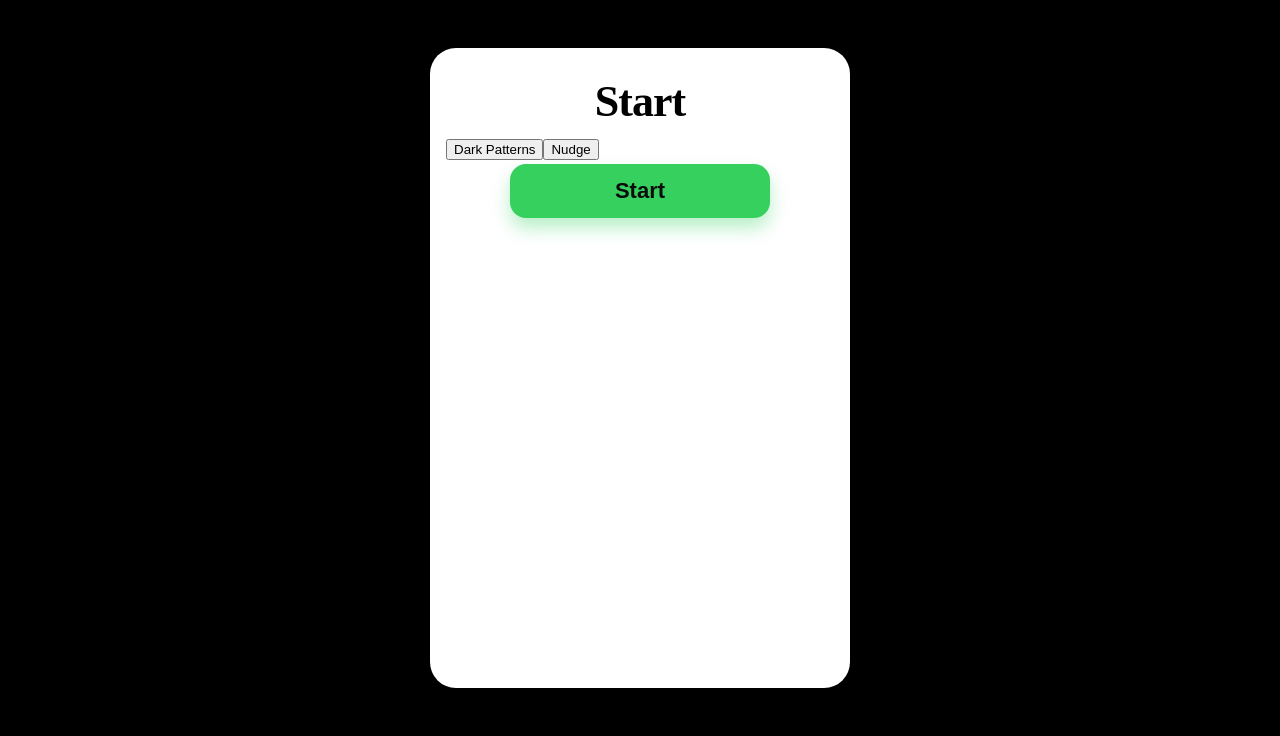
Repository: alexibri/ba_decision_study
Page: /
The author's editor kept a copy of each file at every save. The page is drawn from the files as they stood at one save, then again after the next save.
The browser window is 1280 px wide. The pictures show the whole page.
The page's requests for data from a server got no answer. The project was rebuilt for these pictures with package versions that can differ from the ones it lists, and the page was loaded fresh each time. No one was signed in, and anything a server would have sent is missing. Also part of the build but not shown: vite.config.js, src/scenarios/Scenario1/S1Dark1.jsx, src/scenarios/Scenario1/S1Nudge1.jsx, src/scenarios/Scenario1/S1Dark2.jsx, src/scenarios/Scenario1/S1Nudge2.jsx, src/scenarios/Scenario1/S1Transition.jsx, src/scenarios/Scenario2/S2Dark1.jsx, src/scenarios/Scenario2/S2Nudge1.jsx and 7 more.

Above is the page before, as saved 2026-02-07 10:49:43.

### index.html
<!doctype html>
<html lang="en">
  <head>
    <meta charset="UTF-8" />
    <link rel="icon" type="image/svg+xml" href="/vite.svg" />
    <meta name="viewport" content="width=device-width, initial-scale=1.0" />
    <title>ba_decision_study</title>
  </head>
  <body>
    <div id="root"></div>
    <script type="module" src="/src/main.jsx"></script>
  </body>
</html>

### src/main.jsx
import { StrictMode } from 'react'
import { createRoot } from 'react-dom/client'
import App from './App.jsx'
import {BrowserRouter} from "react-router-dom"
import React from "react";
import ReactDOM from "react-dom/client"

createRoot(document.getElementById('root')).render(
  <StrictMode>
    <BrowserRouter>
      <App />
    </BrowserRouter>
  </StrictMode>,
)

### src/App.jsx
import supabase from './supabase-client'
import {Routes,Route, Navigate} from "react-router-dom"

import Start from './pages/Start'
import Scenario from './pages/Scenario'
import End from './pages/End'

function App() {
  return (
    <>
      <main className="main-content">
      <Routes>
        <Route path="/" element={<Start />}/>
        <Route path="/scenario/:sid/step/:stepid" element={<Scenario />}/>
        <Route path="/end" element={<End />}/>

        <Route path="*" element={<Navigate to="/" replace />} />
      </Routes>
      </main>
    </>
  )
}
export default App

### src/supabase-client.js
import {createClient} from '@supabase/supabase-js'

const supabaseUrl = import.meta.env.VITE_SUPABASE_URL
const supabaseKey = import.meta.env.VITE_SUPABASE_ANON_KEY

const supabase = createClient(supabaseUrl,supabaseKey);

export default supabase;

### src/pages/Start.jsx
import { useNavigate } from "react-router-dom";
import { setGroup } from "../lib/assignment";
import "../css/Start.css"
import { useState } from "react";

export default function Start () {
    const navigate = useNavigate();

    const createRun = async (designStrategy) => {
        const newRunData = {
            run_status:"started",
            design_strategy_id:designStrategy
        }
        const {data, error} = await supabase
        .from("run")
        .insert([newRunData])
        .select("run_id, run_token")
        .single();

        if(error) {
            console.log("Error adding run ", error);
            return null;
        }
        return data
    };

    const startDark = async () => {
        /*const run = await createRun(1);
        if (!run) return;

        localStorage.setItem("run_id",String(run.run_id))
        localStorage.setItem("run_token",run.run_token)*/

        setGroup("dark");
        navigate("/scenario/1/step/1")
    }

    const startNudge = async () => {
        /*const run = await createRun(2);
        if(!run) return

        localStorage.setItem("run_id",String(run.run_id))
        localStorage.setItem("run_token",run.run_token)*/

        setGroup("nudge");
        navigate("/scenario/1/step/1")
    }

    return(
        <div className="start fade-in">
            <div className="s1screen">
                <div className="s1card">
                    <h1>Start</h1>
            <div className="stack">
                <button className="button" onClick={startDark}>Dark Patterns</button>
                <button className="button" onClick={startNudge}>Nudge</button>

                <div className="s1buttonPopUp">
                    <button className="s1accept" onClick={() => navigate("/")}>
                        Start
                    </button>
                    </div>
            </div>
                </div>

            </div>
        </div>
    )
}

### src/lib/assignment.js
const KEY = "study_group"

export function setGroup(group) {
    localStorage.setItem(KEY,group)
}

export function getGroup(){
    return localStorage.getItem(KEY);
}

### src/css/Start.css
* { box-sizing: border-box; }

.s1screen{
  min-height: 100vh;
  background: #000;
  display: flex;
  justify-content: center;
  padding: 18px 14px;
}

.s1card{
  width: 100%;
  max-width: 420px;
  background: #fff;
  border-radius: 26px;
  padding: 18px 16px 16px;
  display: flex;
  flex-direction: column;
  gap: 12px;
}

.s1card h1{
  margin: 6px 0 4px;
  text-align: center;
  font-size: 44px;
  font-weight: 900;
  letter-spacing: -1px;
}

.innerCard{
  background: #efefef;
  border-radius: 28px;
  padding: 18px 18px 22px;
  display: flex;
  flex-direction: column;
  gap: 18px;
  min-height: 72vh;
}

.s1cardHeader{
  display: flex;
  align-items: center;
  gap: 14px;
  padding-top: 6px;
  font-weight: 800;
}


.s1cardHeader:first-child svg{
  background: #ddd;
  border-radius: 999px;
  padding: 10px;
  width: 56px;
  height: 56px;
}

.s1cardHeader h2{
  margin: 0;
  font-size: 20px;
  font-weight: 900;
  line-height: 1.1;
}

.s1cardHeader p{
  display: none;
}

.question{
    font-weight: 900;
    font-size: 25px;
}

.accountRow{
  display: flex;
  flex-direction: column;
  gap: 4px;
}

.accountRow .label{
  font-size: 20px;
  font-weight: 900;
}

.accountRow .value{
  font-size: 22px;
  font-weight: 900;
}

.infoBlock{
  display: flex;
  flex-direction: column;
  gap: 4px;
  font-weight: 900;
}

.infoBlock .label{
  font-size: 20px;
}

.infoBlock .value{
  font-size: 22px;
}

.s1button{
  margin-top: auto;
  display: flex;
  flex-direction:row;
  gap: 12px;
}

.s1buttonPopUp{
  display: flex;
  flex-direction:row;
  gap: 12px;
  padding: 1%;
  align-items: center;
  justify-content: center;
}

.s1button button{
  width: 100%;
  border: none;
  border-radius: 999px;
  padding: 14px 18px;
  font-size: 18px;
  font-weight: 900;
  cursor: pointer;
}

.btnSecondary{
  background: #6f6f6f;
  color: #fff;
}

.s1accept{
  background: #35d05e;
  color: #0b0b0b;
  box-shadow: 0 10px 18px rgba(53, 208, 94, 0.28);
}

.s1accept:active,
.btnSecondary:active{
  transform: translateY(1px);
}

.popUp{
    background: lightgray;
    flex: 1;
    border-radius: 26px;
    padding: 5%;

    display: flex;
    flex-direction: column;
    gap: 12px;

}

@media (min-width: 900px){
  .s1screen{ padding: 40px 16px; }
  .innerCard{ min-height: 640px; }
}

.fade-in{
  animation: fadeIn 440ms ease-out both;
}

@keyframes fadeIn{
  from{
    transform: translateY(1px);
  }
  to{
    transform: translateY(0);
  }
}

### src/css/scenario1.css
* { box-sizing: border-box; }

.s1screen{
  min-height: 100vh;
  outline: 10px solid black;
  background: #000000;

  display: flex;
  flex-direction: column;
  align-items: center;
}

.s1screen h1{
  margin: 10px 0 0;
}

.s1card{
  width: 100%;
  max-width: 420px;
  background: #fff;
  border-radius: 26px;
  padding: 18px 16px 16px;
  display: flex;
  flex-direction: column;
  gap: 12px;
}

.s1cardInner{
  width: 100%;
  background: #35d05e;
  display: flex;
}

.s1cardHeader{
  display: flex;
  justify-content: center;
  padding-bottom: 3%;
  padding-top: 5%;
  font-weight:bold;
}

.s1subtitle{
  margin: 0;
  font-size: 22px;
}
.s1transitionSubtitle{
  font-size: 40px;
}

.s1button{
  display: flex;
  justify-content: center;
}

.s1accept{
  width: 70%;
  max-width: 260px;
  padding: 14px 18px;
  border: none;
  border-radius: 16px;
  background: #35d05e;
  color: #0b0b0b;
  font-size: 22px;
  font-weight: 900;
  cursor: pointer;
  box-shadow: 0 10px 18px rgba(53, 208, 94, 0.35);
}

.s1accept:active{
  transform: translateY(1px);
}

.s1scroll{
  flex: 1;
  overflow: auto;
  font-size: 12px;
  line-height: 1.45;
  color: #2c2c2c;
  padding-right: 6px;
}

.s1scroll::-webkit-scrollbar{ width: 8px; }
.s1scroll::-webkit-scrollbar-thumb{ background:#cfcfcf; border-radius:999px; }
.s1scroll::-webkit-scrollbar-track{ background: transparent; }

.s1buttons{
  display: flex;
  justify-content: center;
  margin-top: 2px;
}

.s1termsAndConditions{
  align-self: flex-start;
  border: none;
  background: transparent;
  color: #4b4b4b;
  font-size: 12px;
  font-weight: 600;
  cursor: pointer;
  padding: 6px 8px;
  opacity: 0.85;
}

.s1termsAndConditions:hover{
  opacity: 1;
  text-decoration: underline;
}

.s1decline{
  align-self: flex-start;
  border: none;
  background: transparent;
  color: #4b4b4b;
  font-size: 9px;
  font-weight: 600;
  cursor: pointer;
  padding: 6px 8px;
  opacity: 0.85;
}

.s1accept:focus-visible,
.s1termsAndConditions:focus-visible,
.s1decline:focus-visible{
  outline: 3px solid rgba(0,0,0,0.35);
  outline-offset: 3px;
}

@media (min-width: 900px){
  .s1screen{
    padding: 40px 16px;
  }
  .s1card{
    min-height: 640px;
  }
}

.fade-in{
  animation: fadeIn 440ms ease-out both;
}

@keyframes fadeIn{
  from{
    transform: translateY(1px);
  }
  to{
    transform: translateY(0);
  }
}

### src/css/scenario2.css
* { box-sizing: border-box; }

.s2screen{
  min-height: 100vh;
  outline: 10px solid black;
  background: #000000;

  display: flex;
  flex-direction: column;
  align-items: center;
}

.s2card{
  width: 100%;
  max-width: 420px;
  background: #fff;
  border-radius: 26px;
  padding: 18px 16px 16px;
  display: flex;
  flex-direction: column;
  gap: 12px;
}

.s2card h1{
  margin: 6px 0 4px;
  text-align: center;
  font-size: 44px;
  font-weight: 900;
  letter-spacing: -1px;
}


.s2cardInner{
  width: 100%;
  background: #35d05e;
  display: flex;
}

.s2cardHeader{
  display: flex;
  justify-content: center;
  padding-bottom: 3%;
  padding-top: 5%;
  font-weight:bold;
}

.s2cardStack {
    display: flex;
    flex-direction: column;
    gap: 25px;
    padding: 10%;
    align-items: center;
}

.s2subtitle{
  margin: 0;
  font-size: 10px;
}
.s2transitionSubtitle{
  font-size: 40px;
}

.s2button{
  display: flex;
  justify-content: center;
  padding: 2%;
}

.s2accept{
  width: 70%;
  max-width: 260px;
  padding: 14px 18px;
  border: none;
  border-radius: 16px;
  background: #35d05e;
  color: #0b0b0b;
  font-size: 22px;
  font-weight: 900;
  cursor: pointer;
  box-shadow: 0 10px 18px rgba(53, 208, 94, 0.35);
}

.s2accept:active{
  transform: translateY(1px);
}

.s2scroll{
  flex: 1;
  overflow: auto;
  font-size: 12px;
  line-height: 1.45;
  color: #2c2c2c;
  padding-right: 6px;
}

.s2scroll::-webkit-scrollbar{ width: 8px; }
.s2scroll::-webkit-scrollbar-thumb{ background:#cfcfcf; border-radius:999px; }
.s2scroll::-webkit-scrollbar-track{ background: transparent; }

.s2buttons{
  display: flex;
  justify-content: center;
  margin-top: 2px;
}

.s2decline{
  align-self: flex-start;
  border: none;
  background: transparent;
  color: #4b4b4b;
  font-size: 9px;
  font-weight: 600;
  cursor: pointer;
  padding: 6px 8px;
  opacity: 0.85;
}

.s2accept:focus-visible,
.s2termsAndConditions:focus-visible,
.s2decline:focus-visible{
  outline: 3px solid rgba(0,0,0,0.35);
  outline-offset: 3px;
}

@media (min-width: 900px){
  .s2screen{
    padding: 40px 16px;
  }
  .s2card{
    min-height: 640px;
  }
}

.fade-in{
  animation: fadeIn 440ms ease-out both;
}

@keyframes fadeIn{
  from{
    transform: translateY(1px);
  }
  to{
    transform: translateY(0);
  }
}

### src/css/scenario3.css
* { box-sizing: border-box; }

.s3screen{
  outline: 10px solid black;
  min-height: 100vh;
  background: #000;
  display: flex;
  justify-content: center;
  padding: 18px 14px;
}

.s3card{
  width: 100%;
  max-width: 420px;
  background: #fff;
  border-radius: 26px;
  padding: 18px 16px 16px;
  display: flex;
  flex-direction: column;
  gap: 12px;
}

.s3card h1{
  margin: 6px 0 4px;
  text-align: center;
  font-size: 44px;
  font-weight: 900;
  letter-spacing: -1px;
}

.s3innerCard{
  background: #efefef;
  border-radius: 28px;
  padding: 18px 18px 22px;
  display: flex;
  flex-direction: column;
  gap: 18px;
  min-height: 72vh;
}

.s3cardHeader{
  display: flex;
  align-items: center;
  gap: 14px;
  padding-top: 6px;
  font-weight: 800;
}

.s3cardHeader:first-child svg{
  background: #ddd;
  border-radius: 999px;
  padding: 10px;
  width: 56px;
  height: 56px;
}

.s3cardHeader h2{
  margin: 0;
  font-size: 20px;
  font-weight: 900;
  line-height: 1.1;
}

.s3cardHeader p{
  display: none;
}


.s3question{
    font-weight: 900;
    font-size: 25px;
}

.s3accountRow{
  display: flex;
  flex-direction: column;
  gap: 4px;
}

.s3accountRow .label{
  font-size: 20px;
  font-weight: 900;
}

.s3accountRow .value{
  font-size: 22px;
  font-weight: 900;
}

.s3infoBlock{
  display: flex;
  flex-direction: column;
  gap: 4px;
  font-weight: 900;
}

.s3infoBlock .label{
  font-size: 20px;
}

.s3infoBlock .value{
  font-size: 22px;
}

.s3button{
  margin-top: auto;
  display: flex;
  flex-direction:row;
  gap: 12px;
}

.s3buttonPopUp{
  display: flex;
  flex-direction:row;
  gap: 12px;
  padding: 1%;
  align-items: center;
  justify-content: center;
}

.s3buttonPopUp button,
.s3button button{
  width: 100%;
  border: none;
  border-radius: 999px;
  padding: 14px 18px;
  font-size: 18px;
  font-weight: 900;
  cursor: pointer;
}

.s3btnSecondary{
  background: #6f6f6f;
  color: #fff;
}

.s3accept{
  background: #35d05e;
  color: #0b0b0b;
  box-shadow: 0 10px 18px rgba(53, 208, 94, 0.28);
}

.s3accept:active,
.s3btnSecondary:active{
  transform: translateY(1px);
}

.s3popUp{
    background: lightgray;
    flex: 1;
    border-radius: 26px;
    padding: 5%;

    display: flex;
    flex-direction: column;
    gap: 12px;

}

@media (min-width: 900px){
  .s3screen{ padding: 40px 16px; }
  .s3innerCard{ min-height: 640px; }
}

.fade-in{
  animation: fadeIn 440ms ease-out both;
}

@keyframes fadeIn{
  from{
    transform: translateY(1px);
  }
  to{
    transform: translateY(0);
  }
}

After the next save:
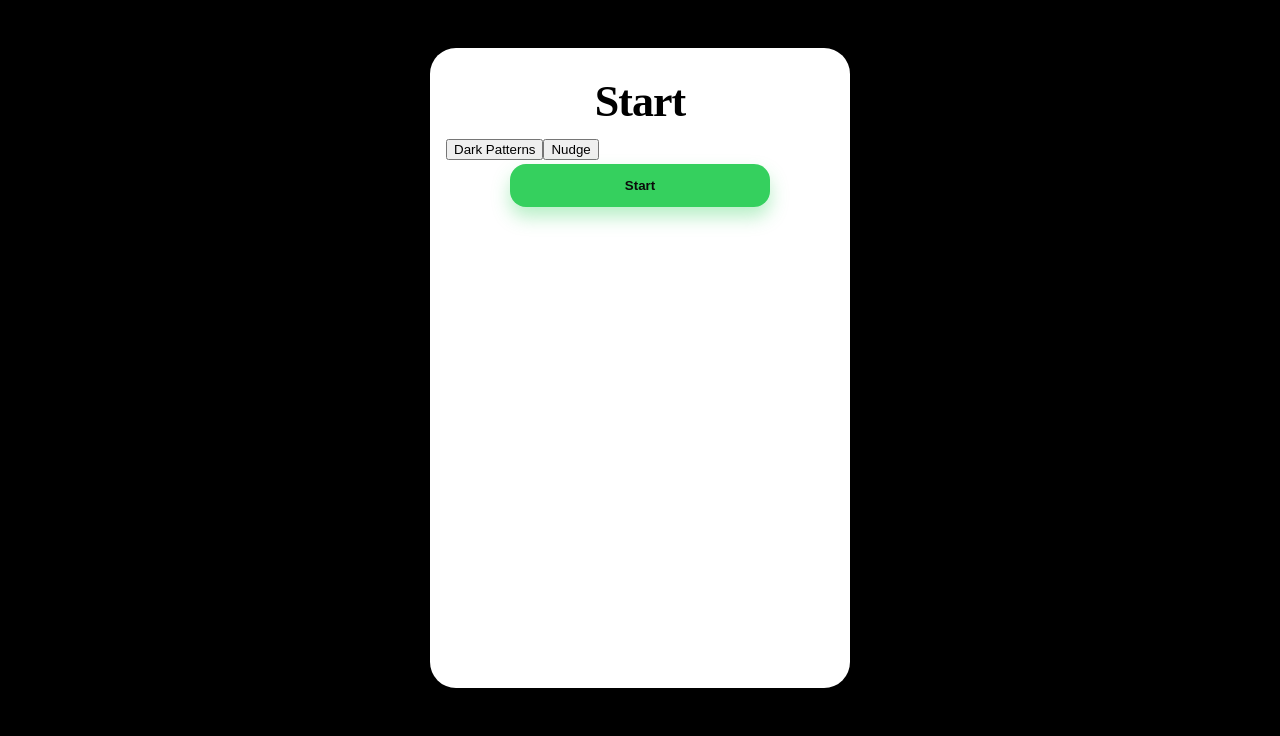
Saved 4 h 53 min later.
--- a/src/css/scenario1.css
+++ b/src/css/scenario1.css
@@ -60,6 +60,7 @@
   border-radius: 16px;
   background: #35d05e;
   color: #0b0b0b;
+  font
   font-size: 22px;
   font-weight: 900;
   cursor: pointer;

After the 3 saves that followed:
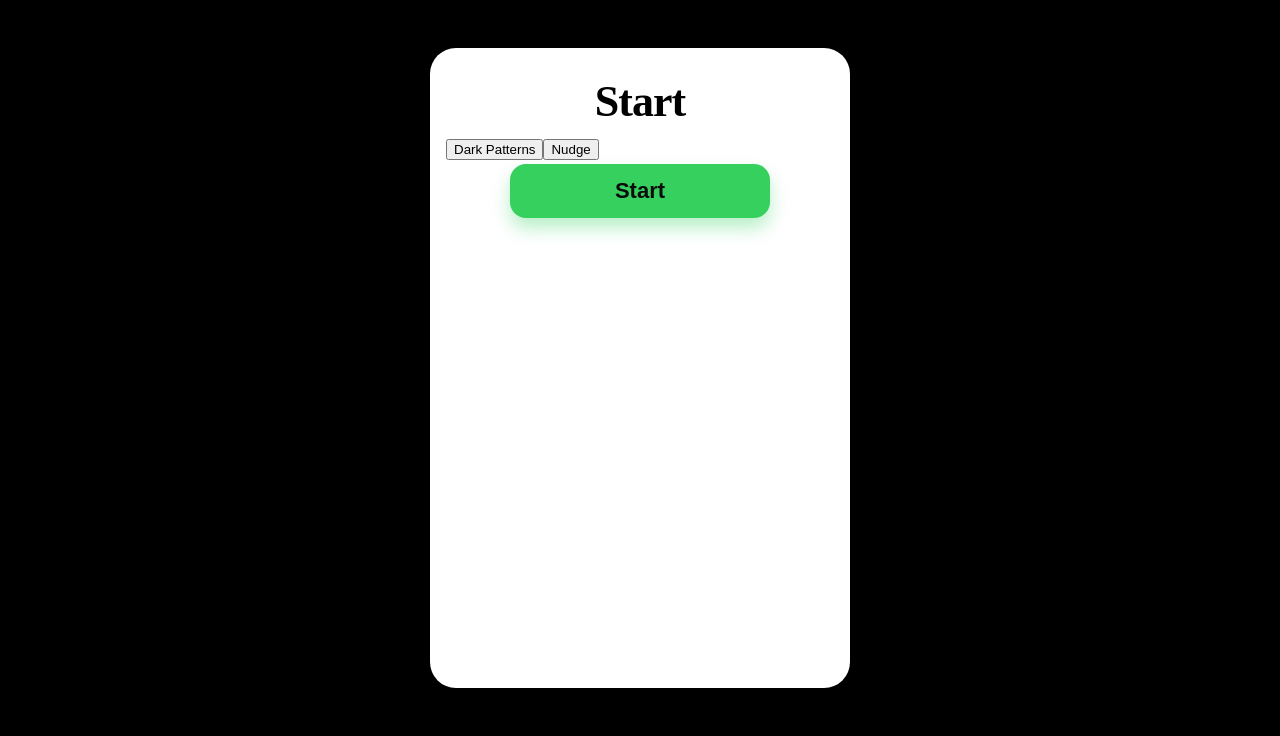
The 3 saves are shown as one change because 1 left the picture as it was and some came seconds apart.
The last was saved 15 s later.
--- a/src/css/scenario1.css
+++ b/src/css/scenario1.css
@@ -60,7 +60,6 @@
   border-radius: 16px;
   background: #35d05e;
   color: #0b0b0b;
-  font
   font-size: 22px;
   font-weight: 900;
   cursor: pointer;
